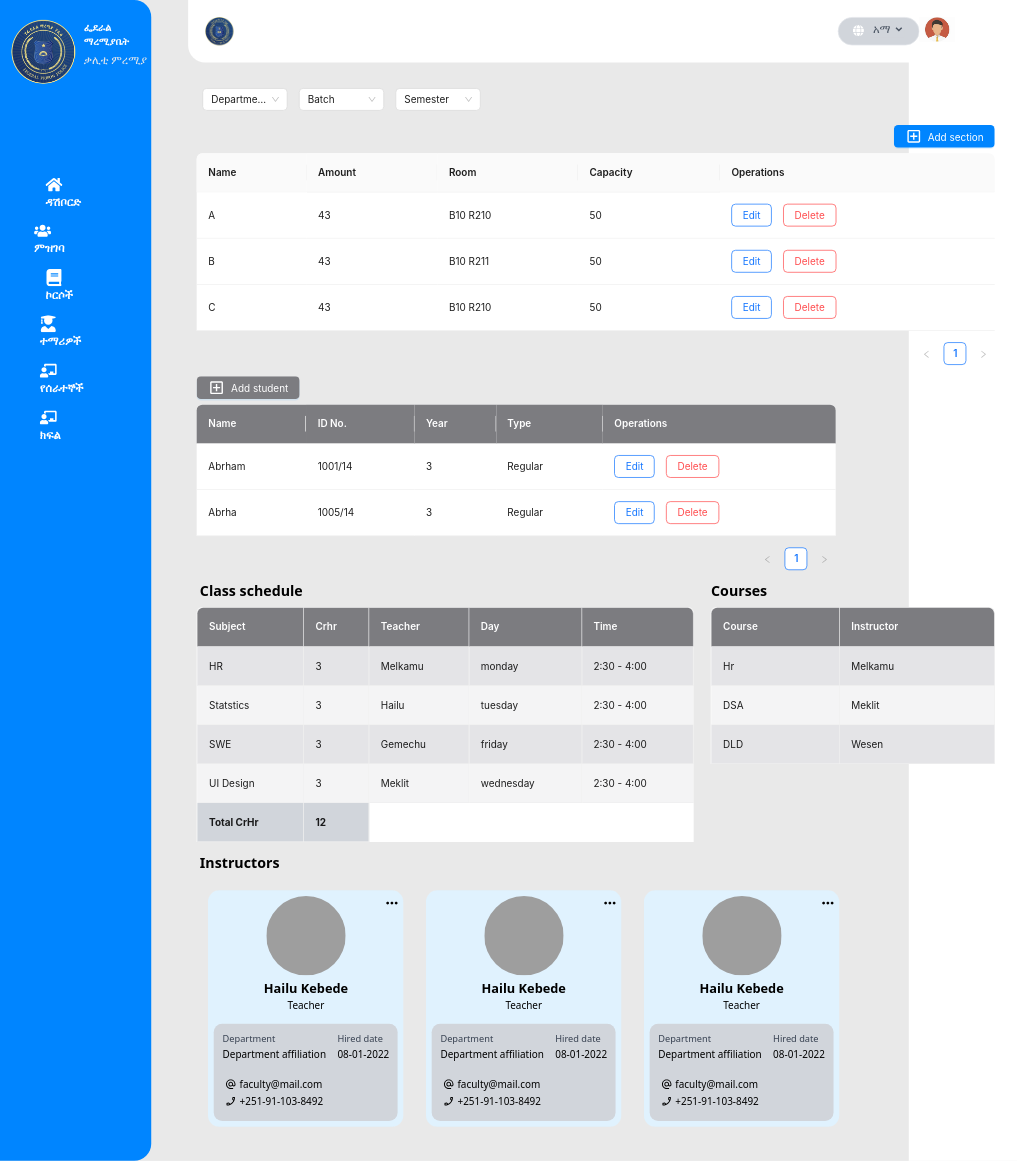
Repository: Yigoya/federal-prison-education-ms-frontend
Page: /classroom, after clicking the first element matching `td.ant-table-cell > a`
The author's editor kept a copy of each file at every save. The page is drawn from the files as they stood at one save, then again after the next save.
The browser window is 1280 px wide. The page is 1433 px wide, so the pictures cover 1433 px, including what lies to the right of the window. The pictures show the whole page, at 71% of full size.
Pictures or frames that could not be fetched are drawn as grey boxes. The project was rebuilt for these pictures with package versions that can differ from the ones it lists, and the page was loaded fresh each time. Also part of the build but not shown: vite.config.js, src/pages/DashBoard.jsx, src/pages/Courses.jsx, src/layout/AuthLayout.jsx, src/pages/Login.jsx, src/pages/Teachers.jsx, src/pages/StudentRegistration.jsx, src/components/classroom/ComboBox.jsx and 1 more. Imported but missing from the stored project, and not drawn on this page: src/pages/Students.

Above is the page before, as saved 2024-07-05 15:15:28.

After the next save:
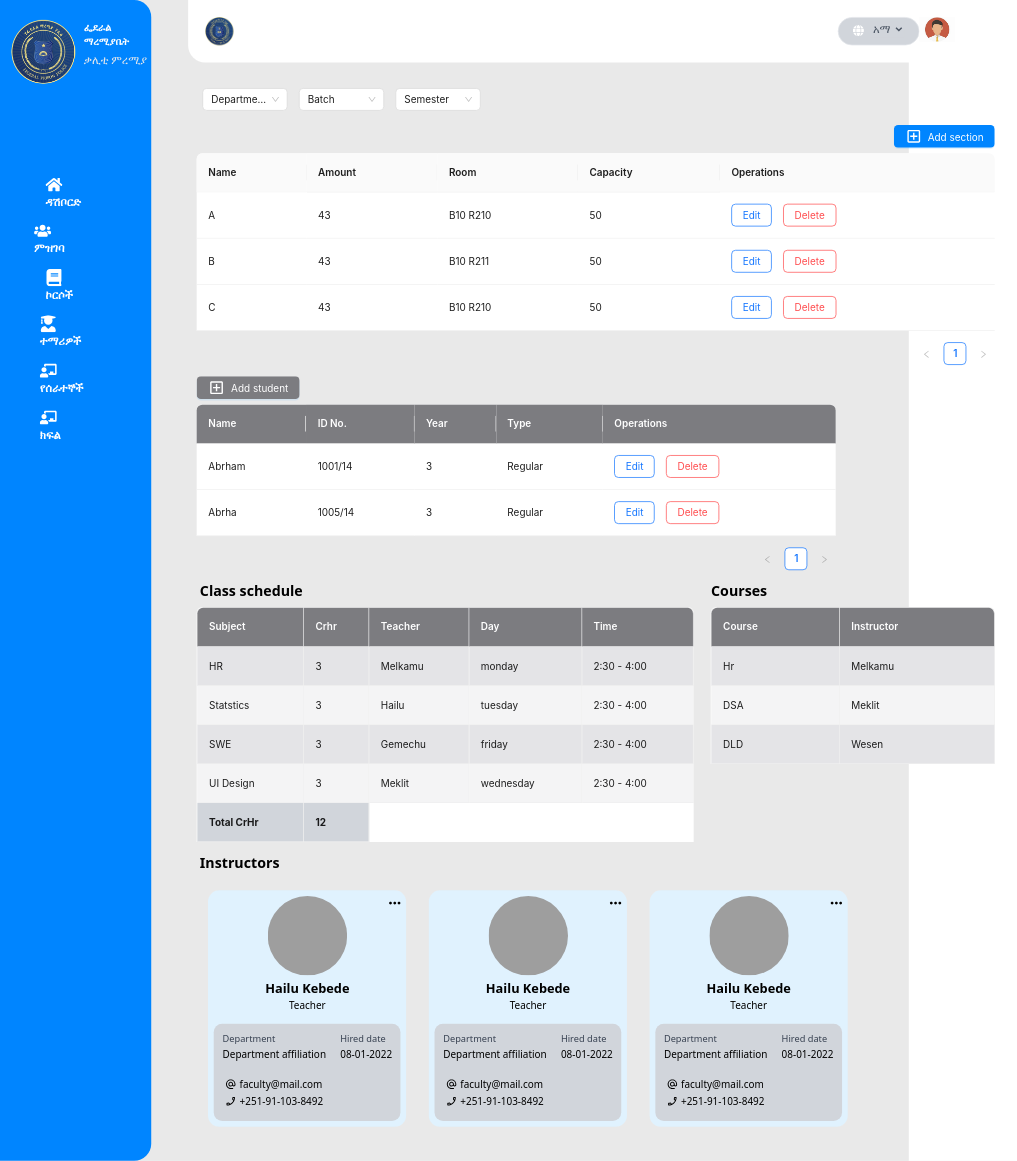
Saved 5 s later.
--- a/src/components/classroom/InstructorDetails.jsx
+++ b/src/components/classroom/InstructorDetails.jsx
@@ -24,7 +24,7 @@
 
       {/* Additional info */}
       <div className="bg-gray-300 rounded-xl w-full p-3 leading-3.5 mt-4">
-        <div className="flex gap-4">
+        <div className="flex gap-5">
           <div>
             <p className="text-[13px] text-gray-700">Department</p>
             <p className="text-[14px]">Department affiliation</p>
